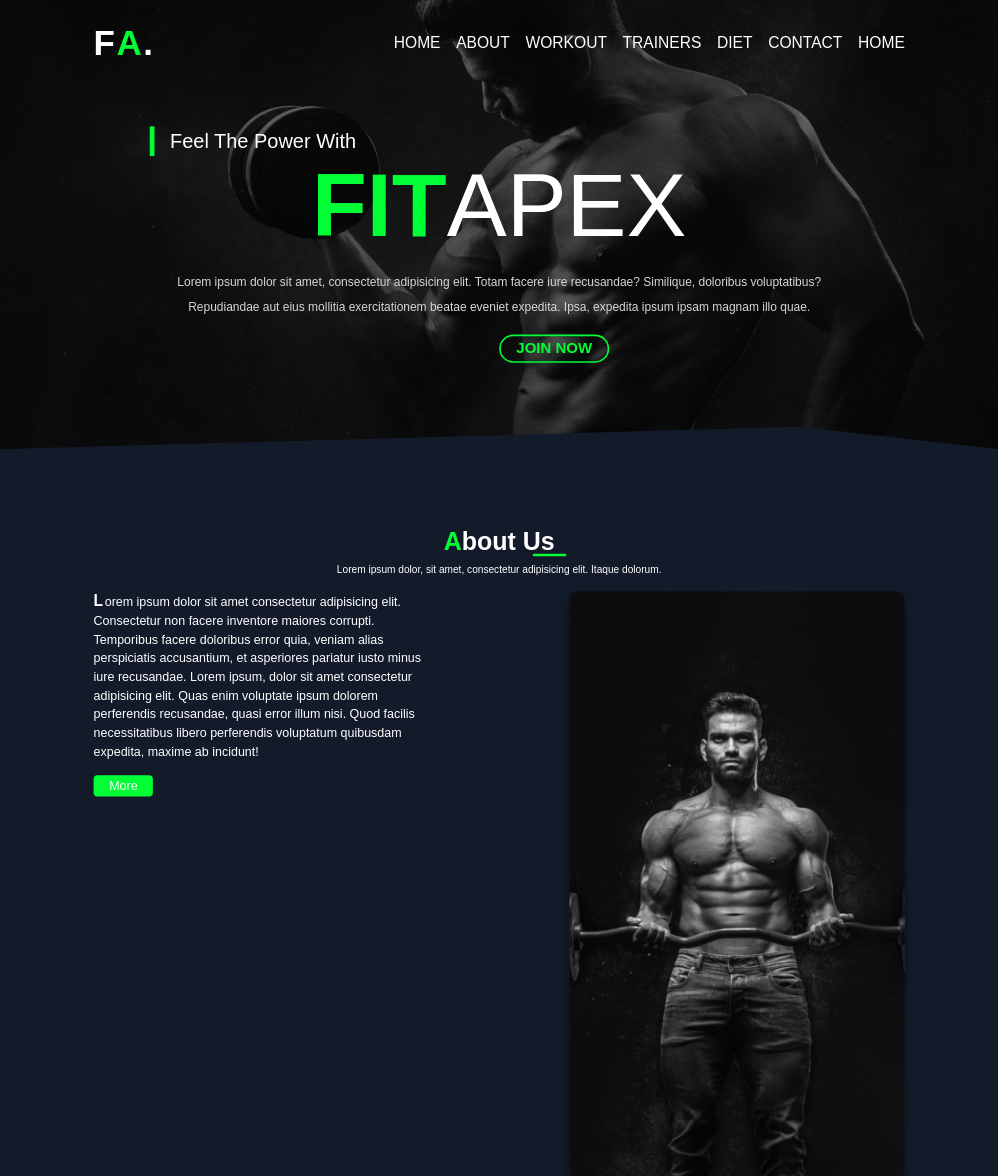
Repository: guilhermecardoso93/fitapex
Page: index.html
These files come from the project's save history. The page is drawn as it stood at one moment and after the next save; the edit follows.
The browser window is 1280 px wide. The pictures show the whole page, at 78% of full size.

Above is the page before, as saved 2023-03-05 21:28:57.

After the next save:
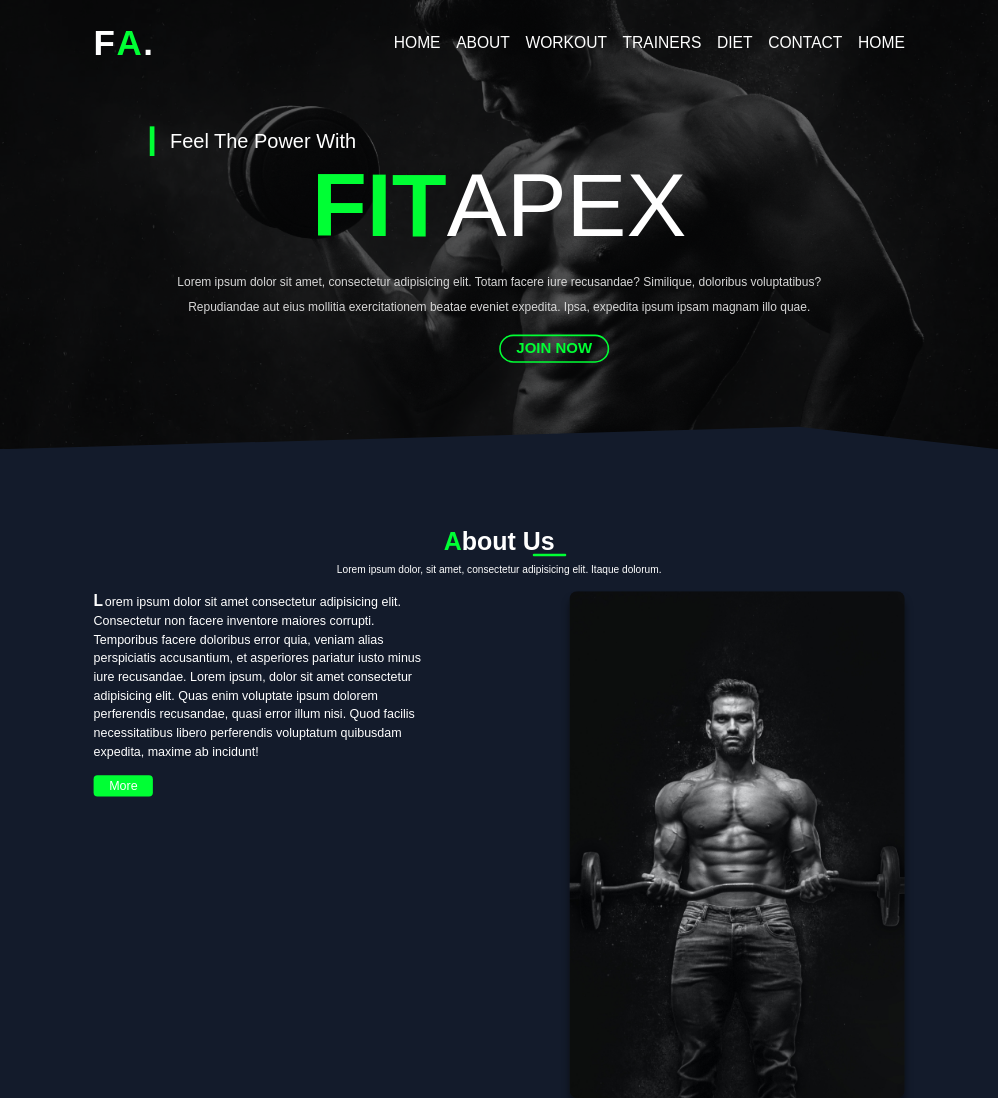
Saved 10 s later.
--- a/css/_about.css
+++ b/css/_about.css
@@ -74,7 +74,7 @@ span {
 
 .about .content .cols .box {
   position: relative;
-  height: 750px;
+  height: 650px;
   box-shadow: 0 10px 10px rgba(0, 0, 0, 0.5);
   border-radius: 10px;
 }
